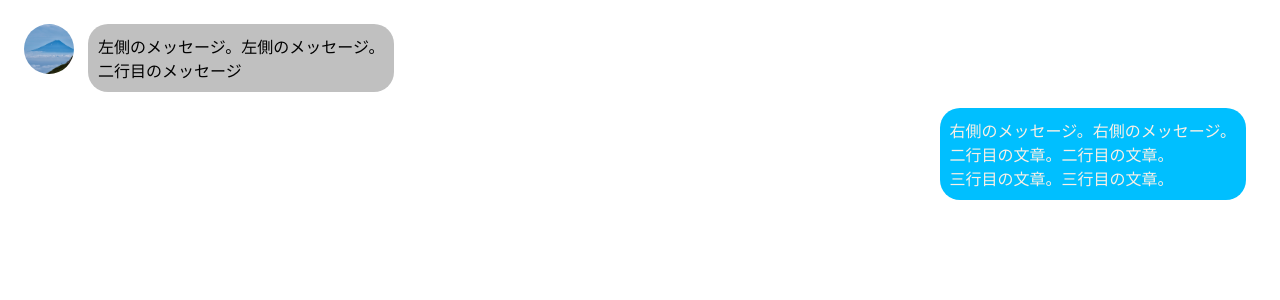
Repository: yuukiabc/samurai_PHP
Page: 0918.html
The author's editor kept a record of every edit. The page is drawn from the files as they stood at one moment, then again after the next edit.
The browser window is 1280 px wide. The pictures show the whole page.

Above is the page before.

After the next edit:
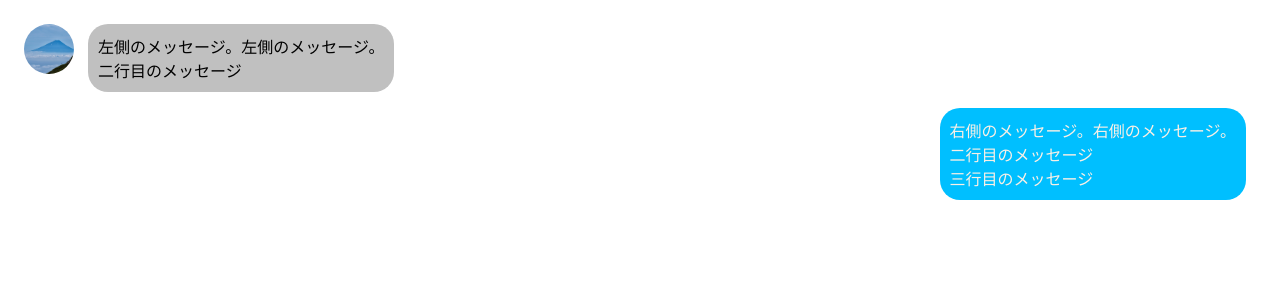
The edit:
--- a/0918.html
+++ b/0918.html
@@ -10,7 +10,7 @@
 		<p>左側のメッセージ。左側のメッセージ。<br>二行目のメッセージ</p>
 	</div>
 	<div class="talk_right">
-		<p>右側のメッセージ。右側のメッセージ。<br>二行目の文章。二行目の文章。<br>三行目の文章。三行目の文章。</p>
+		<p>右側のメッセージ。右側のメッセージ。<br>二行目のメッセージ<br>三行目のメッセージ</p>
 	</div>
 </div>
     </body>
